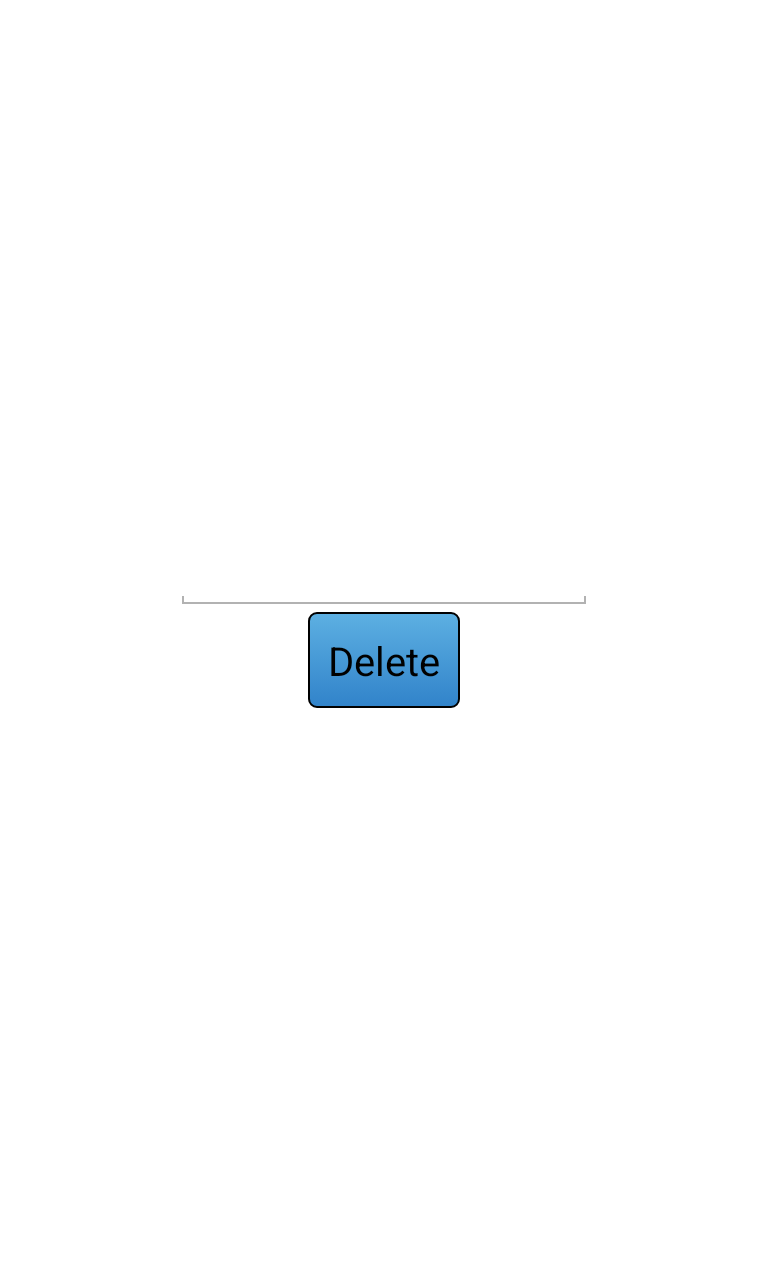
Repository: ArisKots1992/Software-Development
Layout: Anaptiksi Logismikou/Anaptiksi Logismikou/AdminClientApplication/res/layout/third_tab.xml
These files come from the project's save history. The layout is drawn as it stood at one moment and after the next save; the edit follows.
It is drawn on a 768 x 1280 px phone screen (xhdpi) without system bars, with theme AppTheme; the app's code is not run.

Above is the layout before, as saved 2015-01-19 17:12:18.

### Anaptiksi Logismikou/Anaptiksi Logismikou/AdminClientApplication/res/layout/third_tab.xml
<?xml version="1.0" encoding="utf-8"?>
<LinearLayout xmlns:android="http://schemas.android.com/apk/res/android"
    android:layout_width="match_parent"
    android:layout_height="match_parent"
    android:gravity="center"
    android:orientation="vertical" >

    <EditText
        android:id="@+id/editTextMac"
        android:layout_width="wrap_content"
        android:layout_height="wrap_content"
        android:ems="10" >
    </EditText>

    <Button
        android:id="@+id/delete_button"
        android:layout_width="wrap_content"
        android:layout_height="wrap_content"
        android:text="Delete"
        android:textSize="20sp"
        android:background="@drawable/custom_button" />
    <TextView
        android:id="@+id/responseText"
        android:layout_width="wrap_content"
        android:layout_height="wrap_content" >
    </TextView>

</LinearLayout>

### Anaptiksi Logismikou/Anaptiksi Logismikou/AdminClientApplication/res/values/styles.xml
<resources>

    <!--
        Base application theme, dependent on API level. This theme is replaced
        by AppBaseTheme from res/values-vXX/styles.xml on newer devices.
    -->
    <style name="AppBaseTheme" parent="android:Theme.Light">
        <!--
            Theme customizations available in newer API levels can go in
            res/values-vXX/styles.xml, while customizations related to
            backward-compatibility can go here.
        -->
    </style>

    <!-- Application theme. -->
    <style name="AppTheme" parent="AppBaseTheme">
        <!-- All customizations that are NOT specific to a particular API-level can go here. -->
    </style>

    <style name="CustomStyleButton" parent="@android:style/Widget.Button">
		<item name="android:textSize">16sp</item>
 		<item name="android:textStyle">bold</item>
 		<item name="android:textColor">#dedfdc</item>
 		<item name="android:gravity">center</item>
 		<item name="android:shadowColor">#000000</item>
 		<item name="android:shadowDx">1</item>
 		<item name="android:shadowDy">1</item>
 		<item name="android:shadowRadius">0.6</item>
 		<item  name="android:background">@drawable/custom_button</item>
 		<item name="android:padding">10dip</item>
	</style>
</resources>

### Anaptiksi Logismikou/Anaptiksi Logismikou/AdminClientApplication/res/drawable/custom_button.xml
<?xml version="1.0" encoding="utf-8"?>
<selector xmlns:android="http://schemas.android.com/apk/res/android">
 <item android:state_pressed="true" >
  <shape>
  <solid
   android:color="#2678BF" />
  <stroke
   android:width="1dp"
   android:color="#000000" />
  <corners
   android:radius="4dp" />
  <padding
   android:left="10dp"
   android:top="10dp"
   android:right="10dp"
   android:bottom="10dp" />
  </shape>
 </item>
  <item>
  <shape>
  <gradient
   android:startColor="#5DB0E2"
   android:endColor="#3183CA"
   android:angle="270" />
  <stroke
   android:width="1dp"
   android:color="#000000" />
  <corners
   android:radius="4dp" />
  <padding
   android:left="10dp"
   android:top="10dp"
   android:right="10dp"
   android:bottom="10dp" />
 </shape>
 </item>
</selector>

Loaded but not shown: Anaptiksi Logismikou/Anaptiksi Logismikou/AdminClientApplication/res/values-v11/styles.xml (common file); Anaptiksi Logismikou/Anaptiksi Logismikou/AdminClientApplication/res/values-v14/styles.xml (common file)

After the next save:
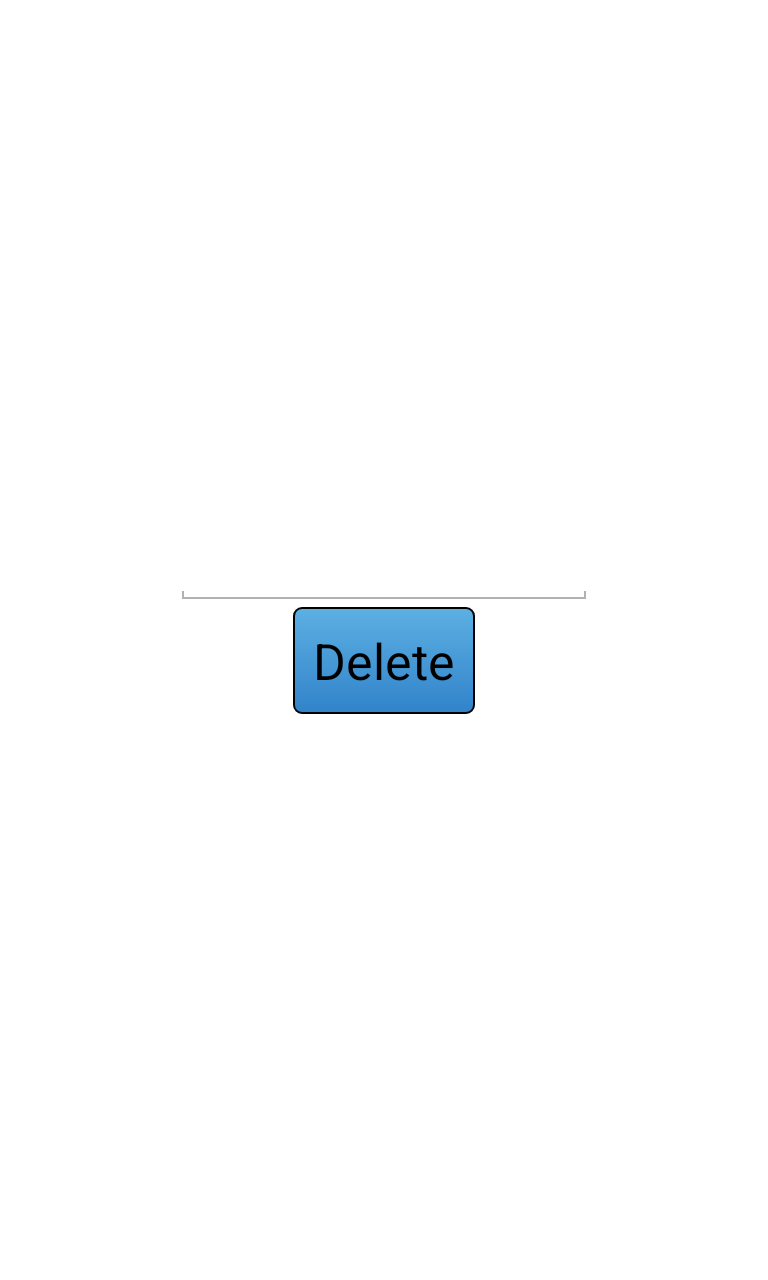
Saved 4 s later.
--- a/Anaptiksi Logismikou/Anaptiksi Logismikou/AdminClientApplication/res/layout/third_tab.xml
+++ b/Anaptiksi Logismikou/Anaptiksi Logismikou/AdminClientApplication/res/layout/third_tab.xml
@@ -17,7 +17,7 @@
         android:layout_width="wrap_content"
         android:layout_height="wrap_content"
         android:text="Delete"
-        android:textSize="20sp"
+        android:textSize="25sp"
         android:background="@drawable/custom_button" />
     <TextView
         android:id="@+id/responseText"
